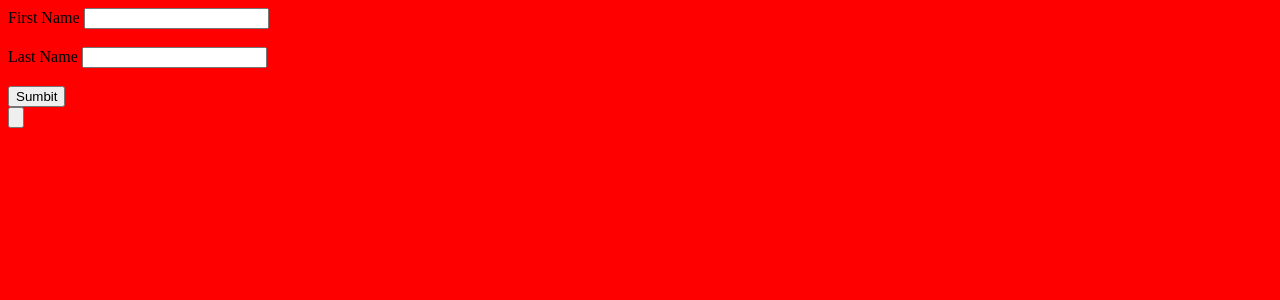
Repository: Fariaddd/codefactor-stylesheet
Page: index.html
These files come from the project's save history. The page is drawn as it stood at one moment and after the next save; the edit follows.
The browser window is 1280 px wide. The pictures show the whole page.

Above is the page before, as saved 2021-11-17 19:05:19.

### index.html
<!DOCTYPE html>
<html lang="en">
  <head>
    <meta charset="UTF-8" />
    <meta http-equiv="X-UA-Compatible" content="IE=edge" />
    <meta name="viewport" content="width=device-width, initial-scale=1.0" />
    <title>Document</title>
    <link rel="stylesheet" href="./styles/styles.css" />
  </head>
  <body>
    <form action="/action_page.php">
      <label for="firstname">First Name</label>
      <input type="text" id="firstname" name="firstname" /><br /><br />
      <label for="lastname">Last Name</label>
      <input type="text" id="lastname" name="lastname" /><br /><br />
      <input type="submit" value="Sumbit" />
    </form>

    <div>
      <input type="button" />
    </div>
  </body>
</html>

### styles/styles.css
body {
  background-color: red;
}
h1 {
  font-size: 26px;
  color: purple;
}

p {
  font-size: 16px;
  color: royalblue;
}

After the next save:
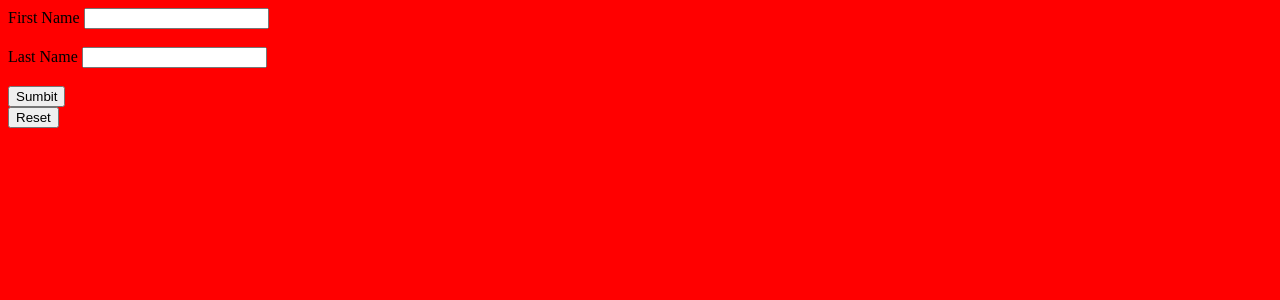
Saved 15 s later.
--- a/index.html
+++ b/index.html
@@ -17,7 +17,7 @@
     </form>
 
     <div>
-      <input type="button" />
+      <input type="reset" />
     </div>
   </body>
 </html>
